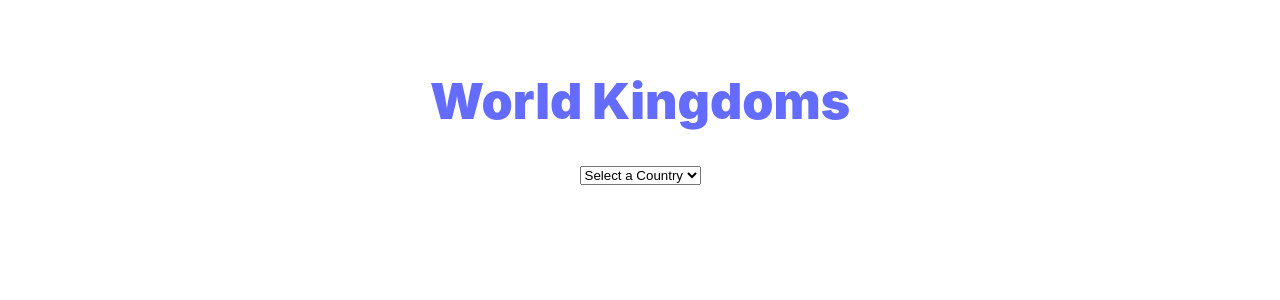
Repository: GloGlorGloria/COMP3170-lab7
Page: /
The author's editor kept a copy of each file at every save. The page is drawn from the files as they stood at one save, then again after the next save.
The browser window is 1280 px wide. The pictures show the whole page.
The page's requests for data from a server got no answer. The project was rebuilt for these pictures with package versions that can differ from the ones it lists, and the page was loaded fresh each time. No one was signed in, and anything a server would have sent is missing. Also part of the build but not shown: vite.config.js, src/components/Details.jsx.

Above is the page before, as saved 2024-11-24 02:13:03.

### index.html
<!doctype html>
<html lang="en">
  <head>
    <meta charset="UTF-8" />
    <link rel="icon" type="image/svg+xml" href="/Globe icon.png" />
    <meta name="viewport" content="width=device-width, initial-scale=1.0" />
    <title>World Kingdoms</title>
  </head>
  <body>
    <div id="root"></div>
    <script type="module" src="/src/main.jsx"></script>
  </body>
</html>

### src/index.css
:root {
  font-family: Inter, system-ui, Avenir, Helvetica, Arial, sans-serif;
  line-height: 1.5;
  font-weight: 400;

  color-scheme: light dark;
  color: rgba(255, 255, 255, 0.87);
  background-color: #242424;

  font-synthesis: none;
  text-rendering: optimizeLegibility;
  -webkit-font-smoothing: antialiased;
  -moz-osx-font-smoothing: grayscale;
}

a {
  font-weight: 900;
  color: #646cff;
  text-decoration: inherit;
}
a:hover {
  color: #e3690c;
}


h1 {
  font-size: 50px;
  line-height: 1.1;
}

h1:hover{
  color: #535bf2;
}

/* button {
  border-radius: 8px;
  border: 1px solid transparent;
  padding: 0.6em 1.2em;
  font-size: 1em;
  font-weight: 500;
  font-family: inherit;
  background-color: #1a1a1a;
  cursor: pointer;
  transition: border-color 0.25s;
} */
/* button:hover {
  border-color: #646cff;
}
button:focus,
button:focus-visible {
  outline: 4px auto -webkit-focus-ring-color;
} */

@media (prefers-color-scheme: light) {
  :root {
    color: #213547;
    background-color: #ffffff;
  }
  a:hover {
    color: #747bff;
  }
  button {
    background-color: #f9f9f9;
  }
}

### src/App.jsx
import { BrowserRouter, Routes, Route } from 'react-router-dom';
import Countries from './components/Countries';
import Details from './components/Details';
import './App.css'

function App() {
  return (
       <BrowserRouter>
          <Routes>
          <Route path="/" element={<Countries />}>
            <Route path="/countries/:cca2?" element={<Details />}>
            </Route>
          </Route>
        </Routes>
       </BrowserRouter>
  );
}

export default App

### src/components/Countries.jsx
import { useEffect, useState } from 'react';
import {useNavigate, NavLink, Outlet} from "react-router-dom";


export default function Countries() {
  const [countries, setCountries] = useState([]);
  const [selectedOption, setSelectedOption] = useState("Select a Country");
  const [fetchStatus, setFetchStatus] = useState('idle');
  const navigate = useNavigate();
  const isLoading = fetchStatus === 'loading';
  const isError = fetchStatus === 'error';

  useEffect(() => {
    async function fetchData() {
      try {
        setFetchStatus('loading');
        const response = await fetch('https://restcountries.com/v3.1/name/kingdom');
        if (!response.ok) {
          throw new Error ('Failed to fetch countries');
        }
        const data = await response.json();
        setCountries(data);
        setFetchStatus('idle');
        console.log(countries);
      } catch(e){
        setFetchStatus('error');
        console.error(e.message);
      }
    }
    fetchData();
  }, []);

  useEffect(() => {
    if (location.pathname === "/") {
      setSelectedOption("Select a Country");
    }
  }, [location]);


  const handleCountrySelect = (event) => {
    const countryName = event.target.value;
    setSelectedOption(countryName);

    if (countryName === "Select a Country") {
      navigate("/");
      return;
    }

    const selectedCountry = countries.find((country) => country.name.common === countryName);

    if (selectedCountry) {
    navigate(`/countries/${selectedCountry.cca2}`, { state: {selectedCountry} });
  }};

  return (
    <div>
      <h1>
        <NavLink
        to="/"
        onClick={() => setSelectedOption("Select a Country")}
        >World Kingdoms</NavLink>
      </h1>
      <div className='select_container'>
        <select value={selectedOption} onChange={handleCountrySelect} >
          <option>Select a Country</option>
          {countries.map((country, index) => (
            <option
            key={index}
            value={country.name.common}
            >
            {country.name.common}
            </option>
          ))}
        </select>
      </div>

      <Outlet/>
      </div>
    );
  };

Loaded but not shown: src/main.jsx (common file); src/App.css (common file)

After the next save:
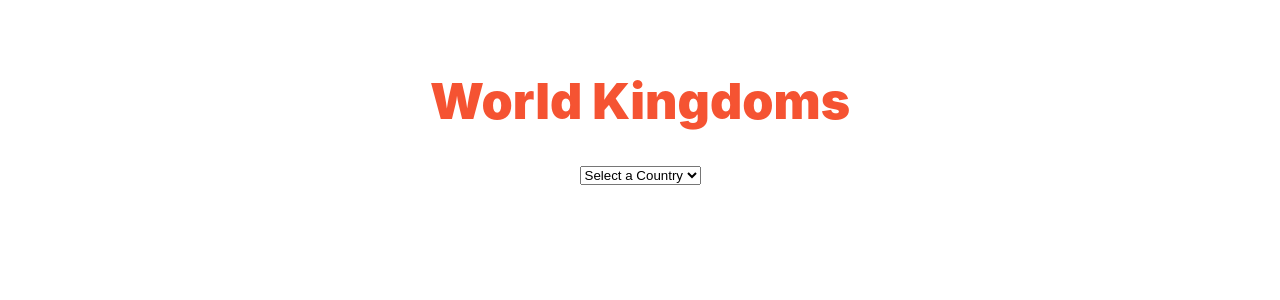
Saved 12 s later.
--- a/src/index.css
+++ b/src/index.css
@@ -15,7 +15,7 @@
 
 a {
   font-weight: 900;
-  color: #646cff;
+  color: #f55332;
   text-decoration: inherit;
 }
 a:hover {
